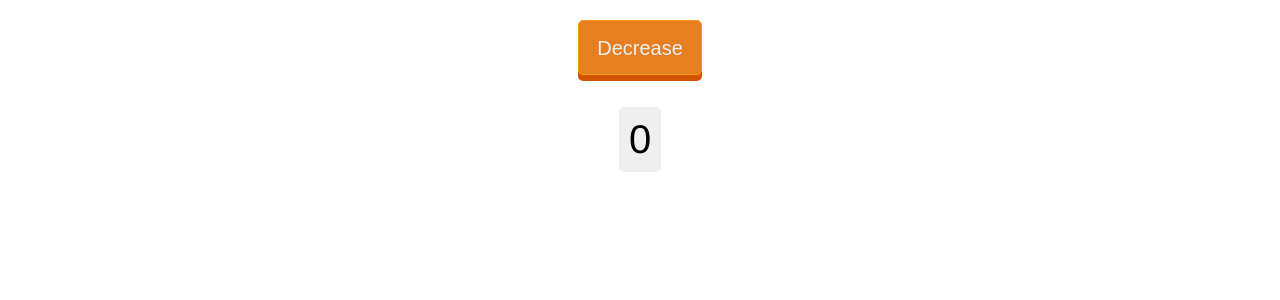
Repository: om1ars/counter
Page: index.html
The author's editor kept a copy of each file at every save. The page is drawn from the files as they stood at one save, then again after the next save.
The browser window is 1280 px wide. The pictures show the whole page.

Above is the page before, as saved 2021-12-09 17:51:19.
Console error: SyntaxError: Cannot use import statement outside a module

### index.html
<!DOCTYPE html>
<html lang="en">
  <head>
    <meta charset="UTF-8" />
    <meta http-equiv="X-UA-Compatible" content="IE=edge" />
    <meta name="viewport" content="width=device-width, initial-scale=1.0" />
    <title>Document</title>
    <link rel="stylesheet" href="styles.css" />
    <script></script>
  </head>
  <body>
    <button class="decrease">Decrease</button>

    <div id="counter">0</div>
    <script src="script.js"></script>
  </body>
</html>

### styles.css
body {
  align-items: center;
  display: flex;
  flex-direction: column;
  font-family: "Helvetica Neue",Helvetica,Arial,sans-serif;
}

.decrease {
  cursor: pointer;
  position:relative;
  width: auto;
  display:inline-block;
  color:#ecf0f1;
  text-decoration:none;
  border-radius:5px;
  border:solid 1px #f39c12;
  background:#e67e22;
  text-align:center;
  padding:16px 18px 14px;
  margin: 12px;
  font-size: 20px;
    transition: all 0.1s;
  box-shadow: 0px 6px 0px #d35400;
}

.decrease:active{
    box-shadow: 0px 2px 0px #d35400;
    position:relative;
    top:4px;
}

#counter {
  background: #efefef;
  border-radius: 5px;
  font-size: 40px;
  margin-top: 20px;
  padding: 10px;
}

### script.js

// const firebase = require('firebase')
import firebase from "firebase";


const config = {
  apiKey: "AIzaSyAhnax7xubJqkHqEBhibwuT6i7s1-MGKlk",
  authDomain: "counter-a480c.firebaseapp.com",
  projectId: "counter-a480c",
  storageBucket: "counter-a480c.appspot.com",
  messagingSenderId: "543028620616",
  appId: "1:543028620616:web:65adfc3b7f50b71acf177d"
};
  firebase.initializeApp(config);
  console.log('Jsib');
  var database = firebase.database();

  var counter = 20;
  var initialValue = 20;

  database.ref('counter').on('value', function(snapshot) {
    if (snapshot.val() && snapshot.val().clickCounter) {
      counter = snapshot.val().clickCounter;
    }

    renderCounter();
  }, function(errorObject) {
    // In case of error this will print the error
    console.log("The read failed: " + errorObject.code);
  });


  if (!counter) {
    counter = initialValue;
  } else {
    counter = parseInt(counter);
  }

  function renderCounter() {
    $('#counter').html(counter);
  }

  $('.decrease').on('click', function() {
    counter--;

    if (counter === 0) {
      counter = initialValue;
    }

    database.ref('counter').set({
      clickCounter: counter
    })
    renderCounter();
  })

After the next save:
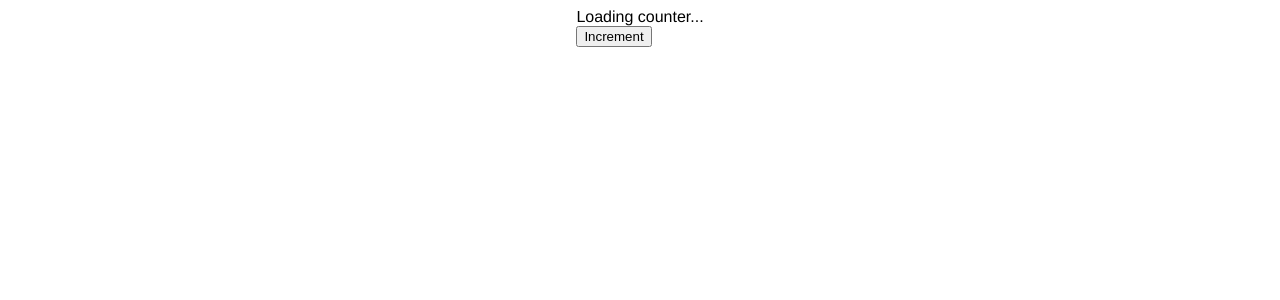
Saved 45 s later.
--- a/index.html
+++ b/index.html
@@ -9,9 +9,15 @@
     <script></script>
   </head>
   <body>
-    <button class="decrease">Decrease</button>
+    <div class="app">
+      <div class="app__counter">
+        Loading counter...
+      </div>
 
-    <div id="counter">0</div>
+      <button class="app__increment">
+        Increment
+      </button>
+    </div>
     <script src="script.js"></script>
   </body>
 </html>
